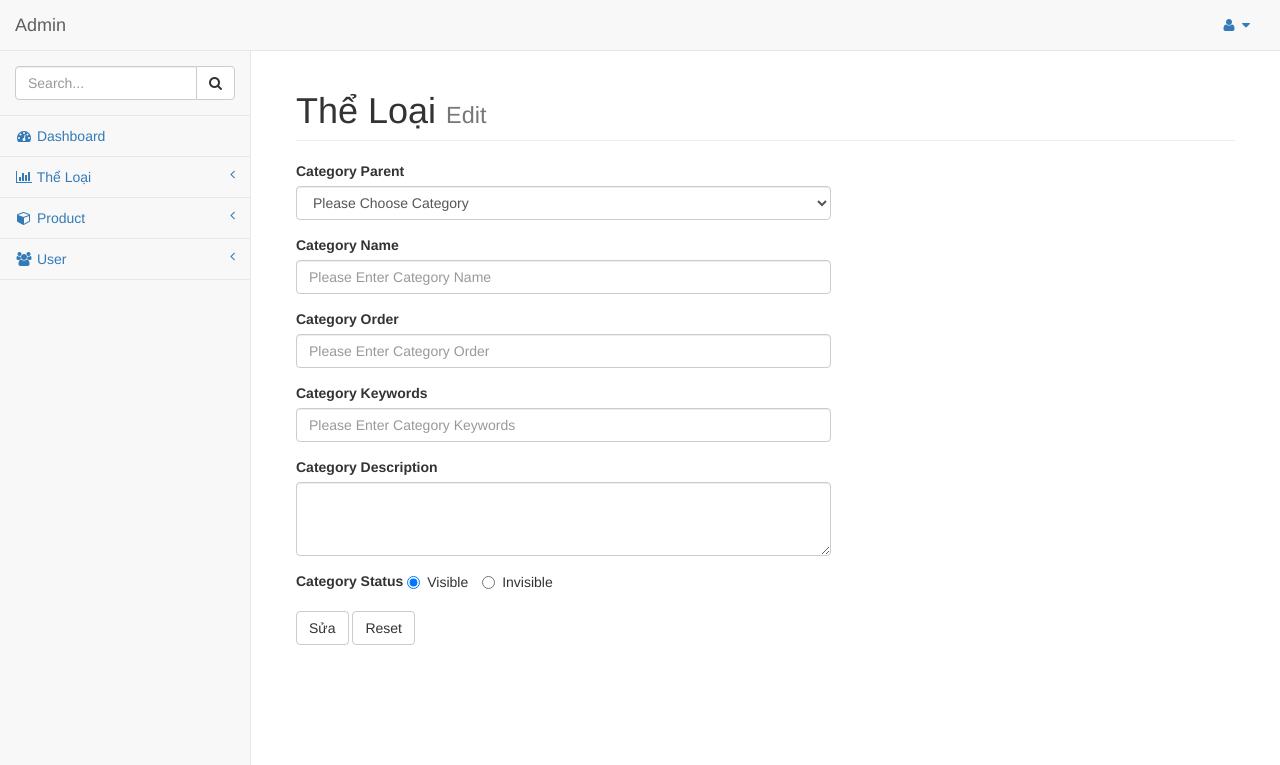
Repository: xuanthanh1998/Laravel
Page: resources/views/admin/theloai/sua.blade.php
An editor plug-in stored every save of this project. The page is shown before and after the next save, followed by the edit.
The browser window is 1280 px wide. The pictures show the whole page.
The page is served by the project's Laravel application, run on PHP 8.4 with Laravel 9. The template is opened directly, without the code that normally fills it, so the values that code supplies are empty.

Above is the page before, as saved 2022-05-17 09:38:35.

After the next save:
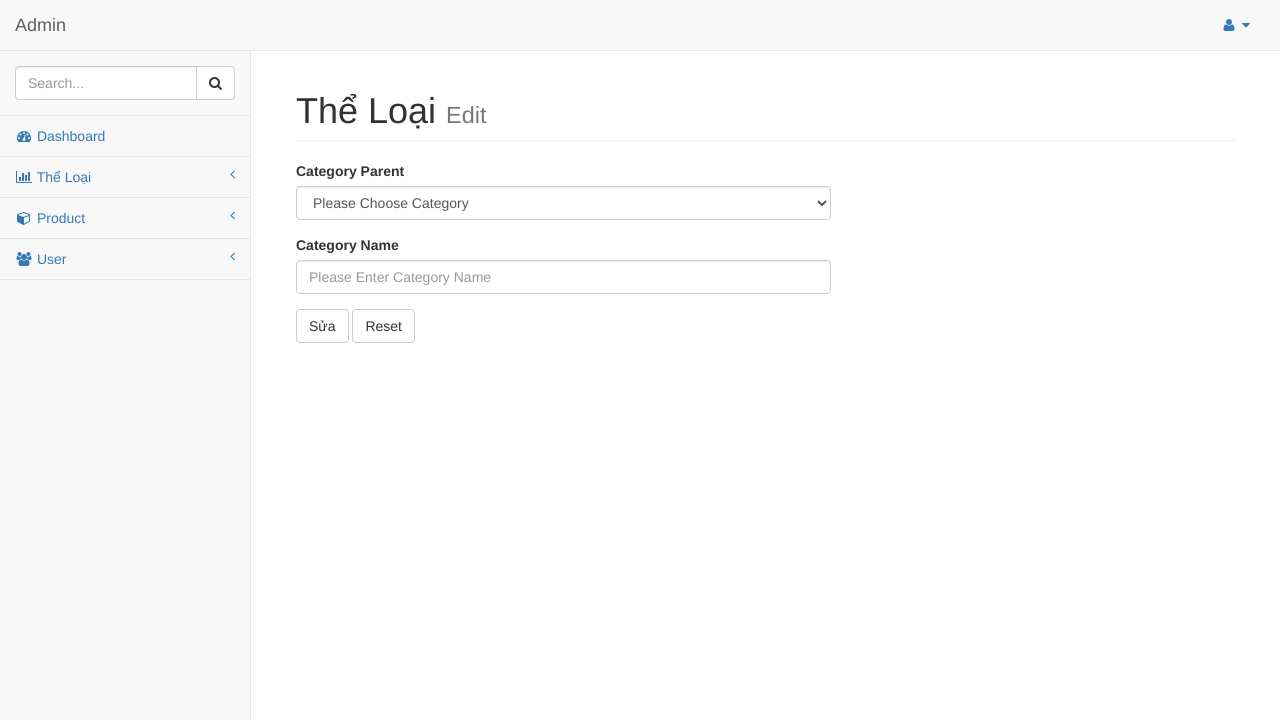
Saved 32 s later.
--- a/resources/views/admin/theloai/sua.blade.php
+++ b/resources/views/admin/theloai/sua.blade.php
@@ -33,27 +33,7 @@
                                 <label>Category Name</label>
                                 <input class="form-control" name="txtCateName" placeholder="Please Enter Category Name" value="{{count($errors)?old('Ten'):($theloai->Ten)}}"/>
                             </div>
-                            <div class="form-group">
-                                <label>Category Order</label>
-                                <input class="form-control" name="txtOrder" placeholder="Please Enter Category Order" />
-                            </div>
-                            <div class="form-group">
-                                <label>Category Keywords</label>
-                                <input class="form-control" name="txtOrder" placeholder="Please Enter Category Keywords" />
-                            </div>
-                            <div class="form-group">
-                                <label>Category Description</label>
-                                <textarea class="form-control" rows="3"></textarea>
-                            </div>
-                            <div class="form-group">
-                                <label>Category Status</label>
-                                <label class="radio-inline">
-                                    <input name="rdoStatus" value="1" checked="" type="radio">Visible
-                                </label>
-                                <label class="radio-inline">
-                                    <input name="rdoStatus" value="2" type="radio">Invisible
-                                </label>
-                            </div>
+
                             <button type="submit" class="btn btn-default">Sửa</button>
                             <button type="reset" class="btn btn-default">Reset</button>
                         <form>
